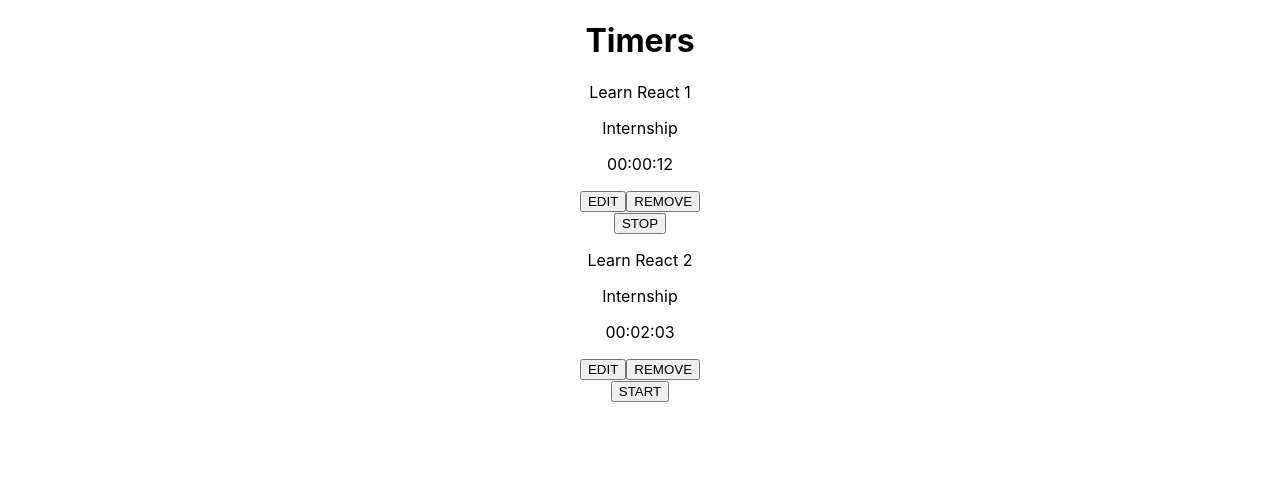
Repository: dqhuy153/react-timer
Page: /
The author's editor kept a copy of each file at every save. The page is drawn from the files as they stood at one save, then again after a run of saves.
The browser window is 1280 px wide. The pictures show the whole page.
The project was rebuilt for these pictures with package versions that can differ from the ones it lists, and the page was loaded fresh each time. Also part of the build but not shown: src/components/TimerForm/index.jsx.

Above is the page before, as saved 2021-10-26 09:21:56.

### src/App.js
import { useState } from 'react';
import './App.css';

import EditableTimerForm from './components/EditableTimerForm';

function App() {
  // timerData =
  const [timers, setTimers] = useState([
    {
      id: 1,
      title: 'Learn React 1',
      project: 'Internship',
      time: 12345,
      isRunning: true,
    },
    {
      id: 2,
      title: 'Learn React 2',
      project: 'Internship',
      time: 123455,
      isRunning: false,
    },
  ]);

  return (
    <div className="App">
      <h1>Timers</h1>

      {timers.map((timer) => {
        return (
          <EditableTimerForm
            key={timer.id}
            title={timer.title}
            project={timer.project}
            timer={timer.time}
            isRunning={timer.isRunning}
          />
        );
      })}
    </div>
  );
}

export default App;

### src/components/EditableTimerForm/index.jsx
import React from 'react';
import Timer from '../Timer';
import TimerForm from '../TimerForm';

const EditableTimerForm = ({ title, project, timer, isRunning }) => {
  const isEdit = false;

  if (isEdit) return <TimerForm />;

  return (
    <Timer
      title={title}
      project={project}
      timer={timer}
      isRunning={isRunning}
    />
  );
};

export default EditableTimerForm;

### src/components/Timer/index.jsx
import React from 'react';
import { millisecondsToHuman } from '../../utils/TimerUtils';
import Button from '../Button';

const Timer = ({ title, project, timer, isRunning }) => {
  const buttonLabel = isRunning ? 'STOP' : 'START';

  return (
    <div>
      <p>{title}</p>
      <p>{project}</p>
      <p>{millisecondsToHuman(timer)}</p>

      <div>
        <Button>EDIT</Button>
        <Button>REMOVE</Button>
      </div>

      <Button>{buttonLabel}</Button>
    </div>
  );
};

export default Timer;

### src/utils/TimerUtils.js
import { v4 as uuidv4 } from 'uuid';

export const millisecondsToHuman = (ms) => {
  const seconds = Math.floor((ms / 1000) % 60);
  const minutes = Math.floor((ms / 1000 / 60) % 60);
  const hours = Math.floor(ms / 1000 / 60 / 60);

  const humanized = [
    pad(hours.toString(), 2),
    pad(minutes.toString(), 2),
    pad(seconds.toString(), 2),
  ].join(':');

  return humanized;
};

const pad = (numberString, size) => {
  let padded = numberString;
  while (padded.length < size) {
    padded = `0${padded}`;
  }
  return padded;
};

export const newTimer = (attrs = {}) => {
  const timer = {
    title: attrs.title || 'Timer',
    project: attrs.project || 'Project',
    id: uuidv4(),
    elapsed: 0,
    isRunning: false,
  };

  return timer;
};

### src/components/Button/index.jsx
import React from 'react';

const Button = ({ children, onClick, className, ...rest }) => {
  return (
    <button
      className={'button ' + className}
      onClick={onClick}
      children={children}
      {...rest}
    ></button>
  );
};

export default Button;

### src/components/ToggeableTimerForm/index.jsx
import { useState } from 'react';
import Button from '../Button';
import TimerForm from '../TimerForm';

const ToggleableTimerForm = () => {
  const [isOpen, setIsOpen] = useState(false);

  const handleOpenForm = () => {
    setIsOpen(true);
  };

  const handleCloseForm = () => {
    setIsOpen(false);
  };

  if (!isOpen) return <Button onClick={handleOpenForm}>+</Button>;

  return <TimerForm onCancel={handleCloseForm} />;
};

export default ToggleableTimerForm;

Loaded but not shown: public/index.html (common file); src/index.js (common file); src/index.css (common file); src/reportWebVitals.js (common file); src/App.css (common file)

After the next 2 saves:
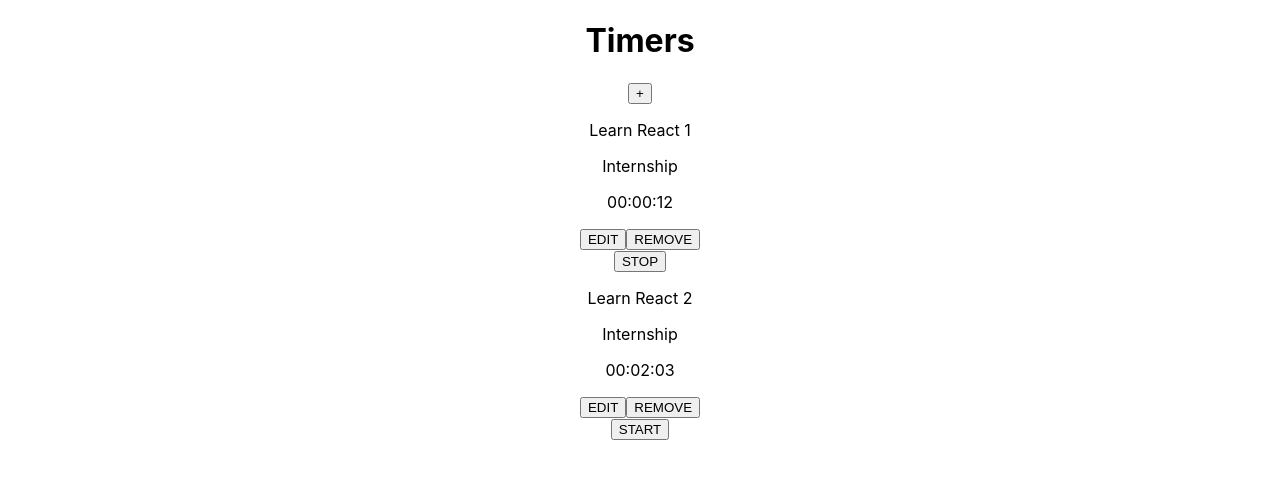
The 2 saves are shown as one change because they came seconds apart.
The last was saved 86 s later.
--- a/src/App.js
+++ b/src/App.js
@@ -2,6 +2,7 @@ import { useState } from 'react';
 import './App.css';
 
 import EditableTimerForm from './components/EditableTimerForm';
+import ToggleableTimerForm from './components/ToggeableTimerForm';
 
 function App() {
   // timerData =
@@ -26,6 +27,8 @@ function App() {
     <div className="App">
       <h1>Timers</h1>
 
+      <ToggleableTimerForm />
+
       {timers.map((timer) => {
         return (
           <EditableTimerForm
